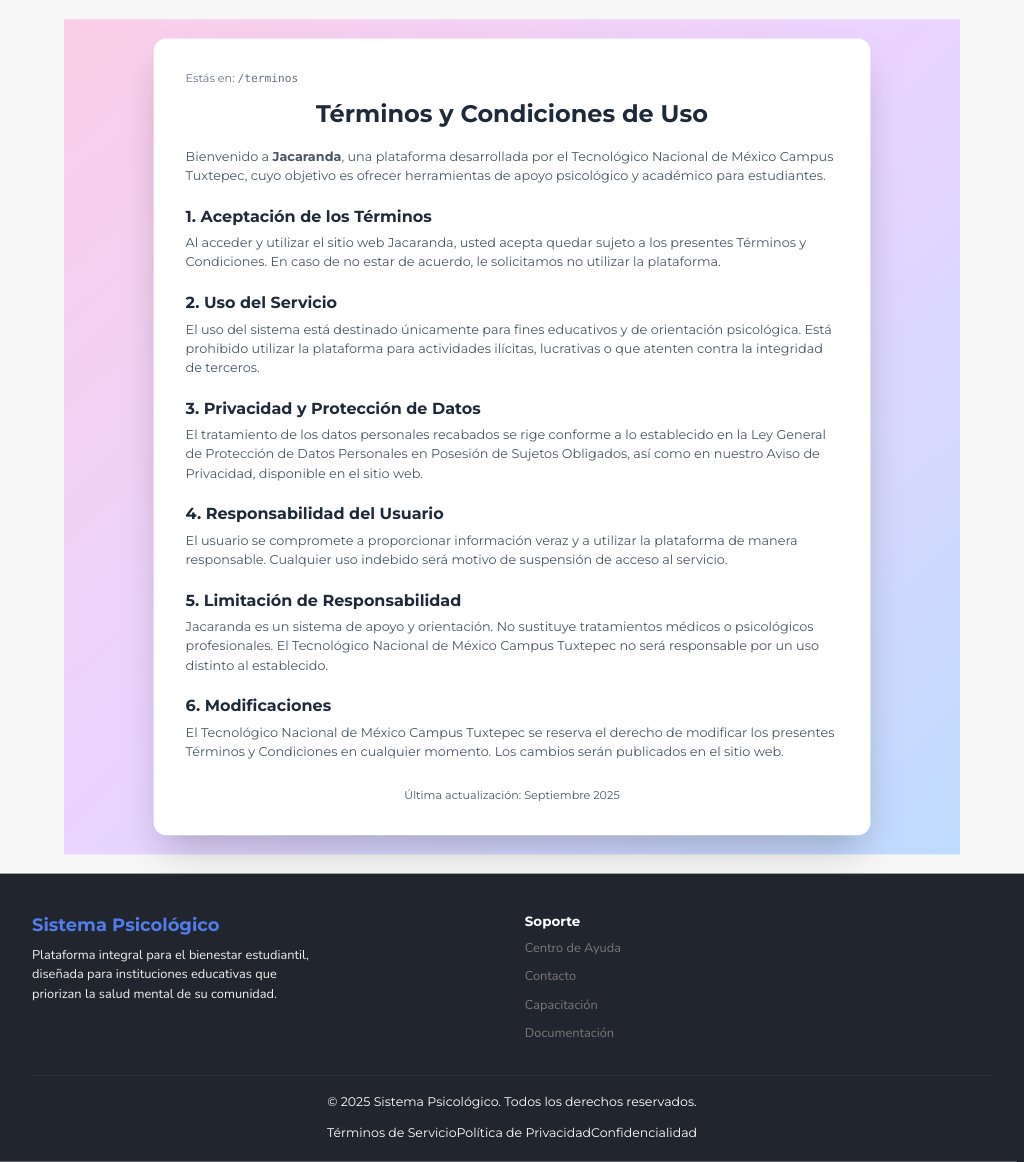
Repository: moon1710/SistemaPsico
Page: /terminos (app in client/)
These files come from the project's save history. The page is drawn as it stood at one moment and after the next save; the edit follows.
The browser window is 1280 px wide. The pictures show the whole page, at 80% of full size.
The project was rebuilt for these pictures with package versions that can differ from the ones it lists, and the page was loaded fresh each time. Also part of the build but not shown: client/vite.config.js, client/src/components/onboarding/onboardingConfig.js, client/src/components/onboarding/TutorialSteps.jsx, client/src/components/onboarding/WelcomeForm.jsx, client/src/components/onboarding/OnboardingModal.jsx, client/src/components/layout/AdaptiveSidebar/sidebarConfig.jsx, client/src/components/layout/AdaptiveSidebar/MenuItem.jsx, client/src/components/layout/AdaptiveSidebar/SidebarHeader.jsx and 40 more.

Above is the page before, as saved 2025-09-21 17:24:16.

After the next save:
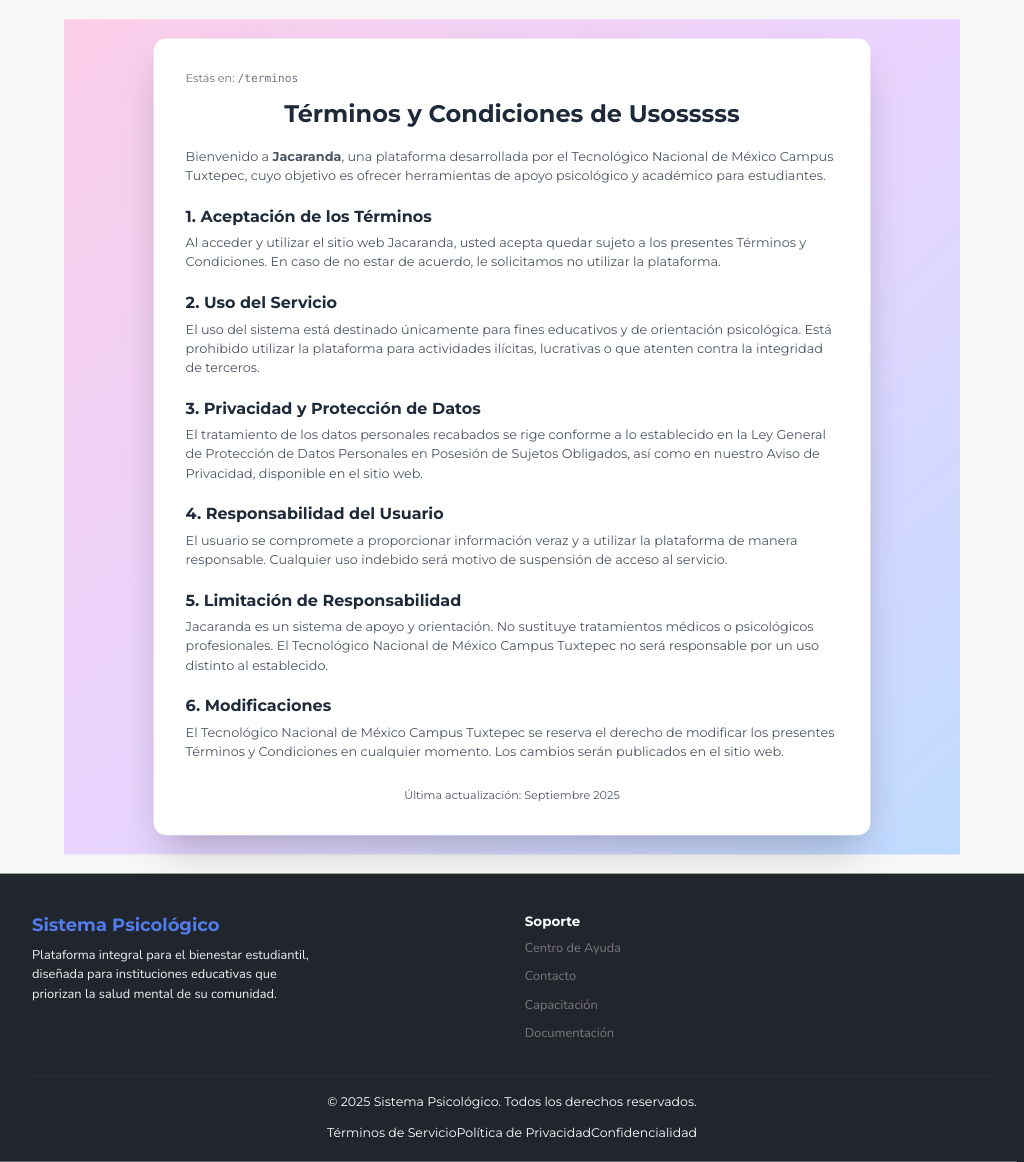
Saved 40 s later.
--- a/client/src/pages/TerminosPage.jsx
+++ b/client/src/pages/TerminosPage.jsx
@@ -12,7 +12,7 @@
         </p>
 
         <h1 className="text-3xl font-bold text-center text-gray-800 mb-6">
-          Términos y Condiciones de Uso
+          Términos y Condiciones de Usosssss
         </h1>
 
         <p className="text-gray-600 mb-4">
